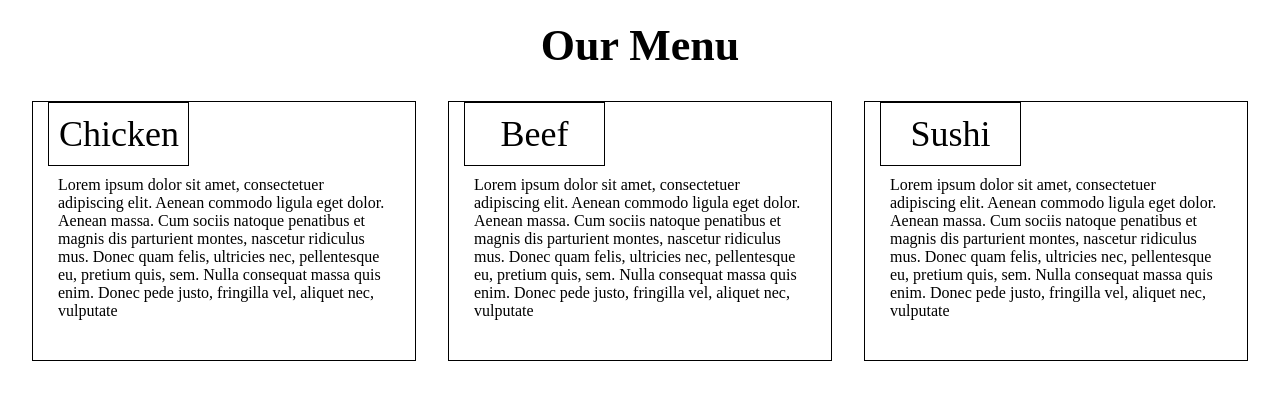
Repository: Normandy72/module2-solution
Page: index.html
An editor plug-in stored every save of this project. The page is shown before and after the next save, followed by the edit.
The browser window is 1280 px wide. The pictures show the whole page.
Some web fonts or font styles are not loaded; a fallback is used.

Above is the page before, as saved 2022-12-05 15:07:05.

After the next save:
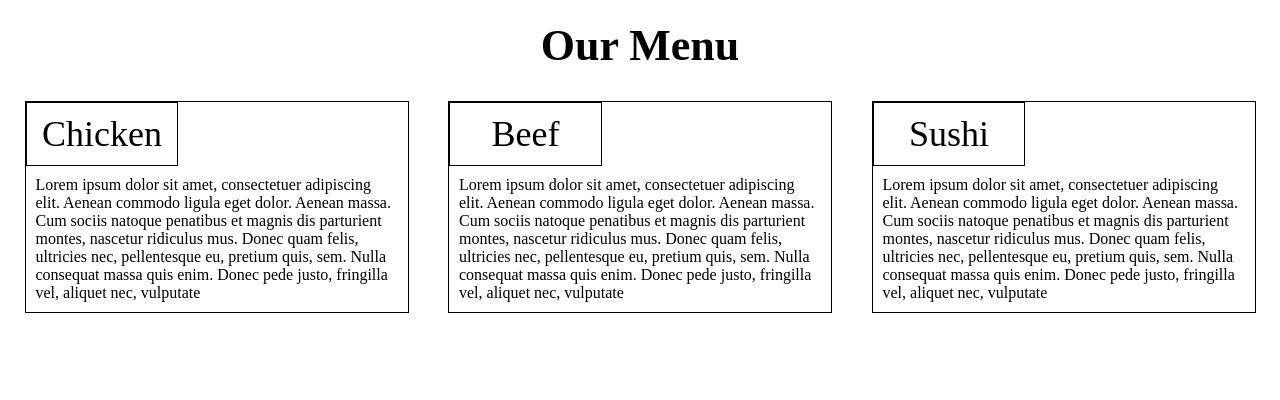
Saved 33 s later.
--- a/styles/style.css
+++ b/styles/style.css
@@ -22,7 +22,7 @@ h1{
 
 .card{
     width: 30%;
-    padding: 0 15px 30px;
+    margin: 0 15px 30px;
     position: relative;
     border: 1px solid black;
 }
